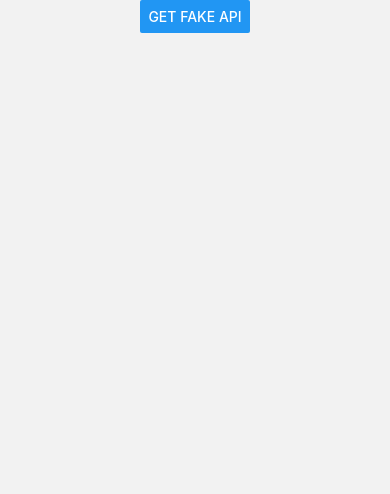
Repository: BCIT-Rooty/rooty-expo
Page: /BroadcastMedia
An editor plug-in stored every save of this project. The page is shown before and after the next save, followed by the edit.
The browser window is 390 px wide. The pictures show the part of the page from y = 350 to 844 px (the page is 844 px tall).
The app was drawn by React Native's web renderer in a window 390 px wide. The project was rebuilt for these pictures with package versions that can differ from the ones it lists, and the page was loaded fresh each time. Also part of the build but not shown: components/text.js, components/postCard.js, screens/Computing.js, screens/Marketing.js, screens/BusinessFinance.js, screens/DigitalArtsDesign.js, screens/Tutoring.js.

Above is the page before, as saved 2022-12-11 01:09:38.

After the next save:
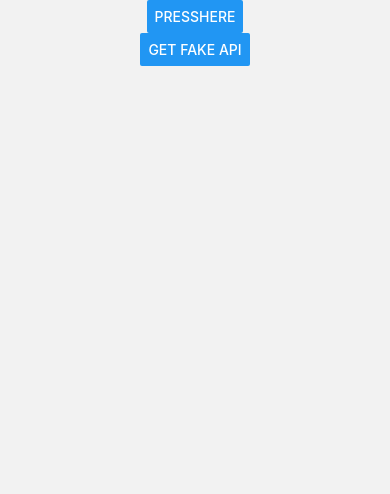
Saved 2 min 44 s later.
--- a/screens/BroadcastMedia.js
+++ b/screens/BroadcastMedia.js
@@ -53,6 +53,7 @@ export default function BroadcastMedia() {
     <KeyboardAvoidingView behaviour="padding" style={{display:"flex", justifyContent:"start", alignItems:"center", height:"100%", paddingTop: 50}}>
       <Image style={{width:"100%", height:300}} source={{uri:"https://starbooks.ca/wk06website/wp-content/uploads/2022/12/broadcast-500x500.png"}}></Image>
       <Image style={{width:"100%", height:300, tintColor:"rgba(79, 77, 176, 0.5)", position:"absolute", top: 50}}></Image>
+      <Button onPress={hey} title="PressHere"></Button>
     <Button onPress={() => GetAPICards()} title="Get Fake API"/>
     <ScrollView style={{marginTop:50}}>
         {go === true && cards.map((o,i)=>(
